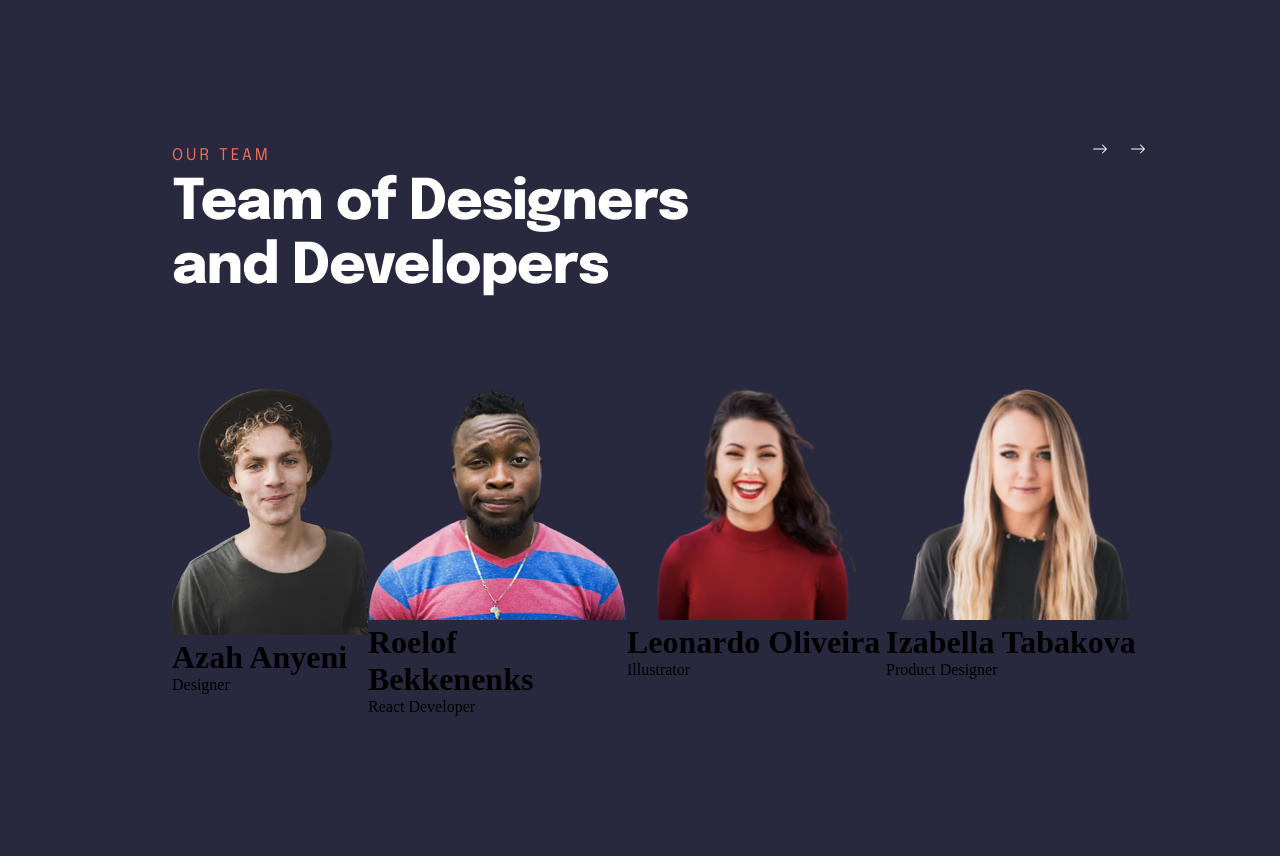
Repository: AytacJafarova/web-site
Page: index.html
The author's editor kept a copy of each file at every save. The page is drawn from the files as they stood at one save, then again after the next save.
The browser window is 1280 px wide. The pictures show the whole page.

Above is the page before, as saved 2023-08-15 14:44:57.

### index.html
<!DOCTYPE html>
<html lang="en">

<head>
    <meta charset="UTF-8">
    <meta name="viewport" content="width=device-width, initial-scale=1.0">
    <title>Document</title>
    <link rel="stylesheet" href="/index.css">
</head>

<body>
    <div class="container">
        <div class="our-team">
            <div class="team-texts">
                <h1>Our Team</h1>
                <h2>Team of Designers <br>and Developers</h2>
            </div>
            <div class="team-images">
                <div class="right">
                    <img src="/team images/Path.svg" alt="">
                    <img src="/team images/Path (1).svg" alt="">
                </div>
            </div>
        </div>
        <div class="developers">
            <ul>
                <li>
                    <div class="img1">
                        <div class="border">
                            <img src="./team images/Bitmap.svg" alt="">
                        </div>
                    </div>
                    <div class="texts">
                        <h1>Azah Anyeni </h1>
                        <p>Designer</p>
                    </div>
                </li>
                <li>

                        <div class="border">
                            <img src="./team images/Bitmap (1).svg" alt="">
                        </div>
                        <div class="texts">
                            <h1>Roelof Bekkenenks</h1>
                            <p>React Developer</p>

                </li>
                <li>

                        <div class="border">
                            <img src="./team images/Bitmap (2).svg" alt="">
                        </div>

                    <div class="texts">
                        <h1>Leonardo Oliveira </h1>
                        <p>Illustrator</p>
                    </div>
                </li>
                <li>

                        <div class="border">
                            <img src="./team images/Bitmap (3).svg" alt="">
                        </div>

                    <div class="texts">
                        <h1>Izabella Tabakova</h1>
                        <p>Product Designer</p>
                    </div>
                </li>
            </ul>
        </div>
    </div>
</body>

</html>

### index.css
@import url("https://fonts.googleapis.com/css2?family=Epilogue:wght@400;800&display=swap");
* {
  margin: 0;
  padding: 0;
  box-sizing: border-box;
}
.container {
  padding: 140px 135px 140px 172px;
  background: #28293e;
}
.our-team {
  display: flex;
  justify-content: space-between;
}
.our-team .team-texts h1 {
  color: var(--text-light-accent, #ef6d58);
  font-feature-settings: "clig" off, "liga" off;
  font-family: Epilogue;
  font-size: 16px;
  font-style: normal;
  font-weight: 400;
  line-height: 32px;
  letter-spacing: 3px;
  text-transform: uppercase;
}
.our-team .team-texts h2 {
  color: var(--text-light, #fff);
  font-feature-settings: "clig" off, "liga" off;
  font-family: Epilogue;
  font-size: 56px;
  font-style: normal;
  font-weight: 800;
  line-height: 64px;
  letter-spacing: -1px;
}
.team-images .right img {
  margin-left: 20px;
}
.developers {
  margin-top: 88px;
}
.developers ul {
  display: flex;
  justify-content: space-between;
}
.developers ul li {
  list-style-type: none;
}
.developers ul li:first-child img {
  width: 196px;
  height: 247px;
}

.developers ul li img {
  width: 259px;
  height: 232px;

}
.developers ul li .img2 .border {
  /* padding: 40px 40px 0 40px; */
  width: 270px;
  height: 272px;
  border-radius: 6px;
  border: 1px solid #3a3c56;
}
.developers ul li .img3 img {
  width: 205px;
  height: 238px;

}

.developers ul li .img4 img {
  width: 230px;
  height: 233px;
  flex-shrink: 0;
}

After the next save:
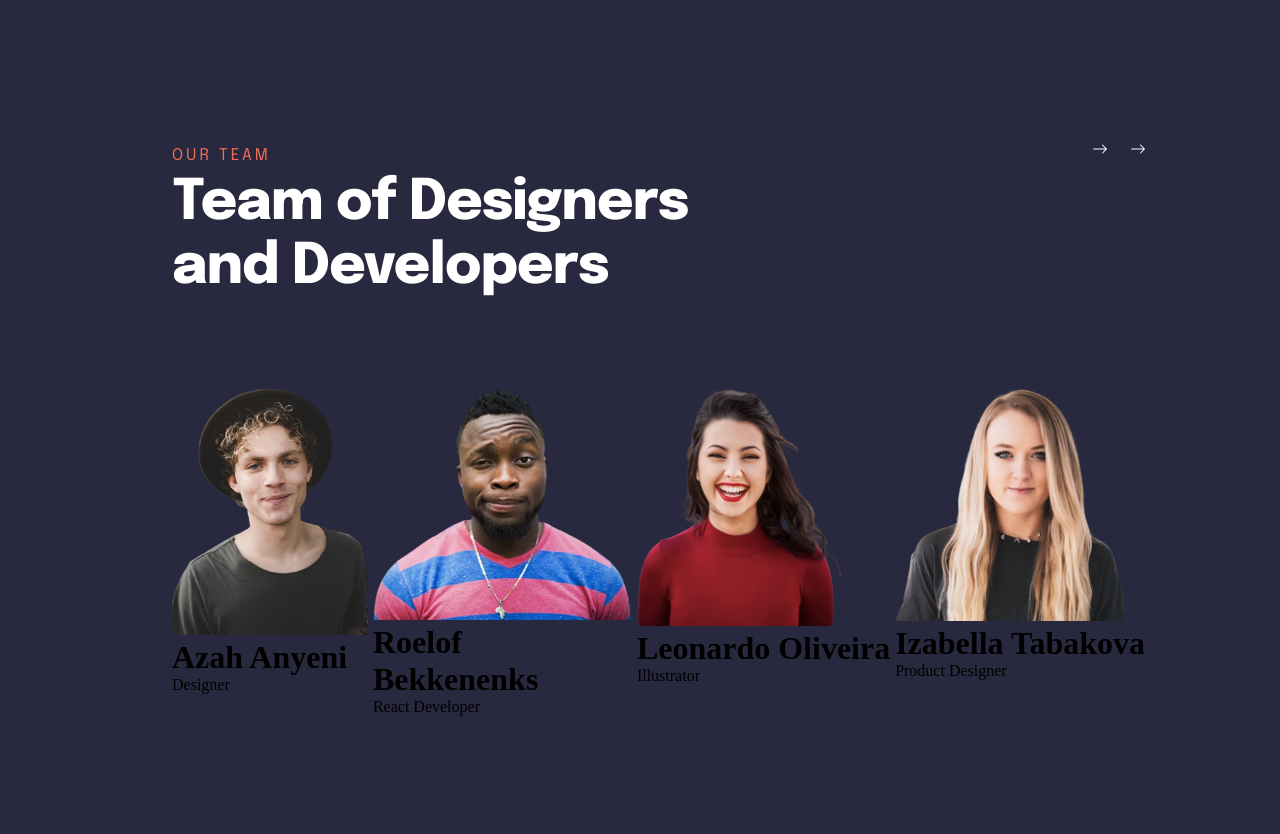
Saved 6 s later.
--- a/index.css
+++ b/index.css
@@ -51,7 +51,7 @@
   height: 247px;
 }
 
-.developers ul li img {
+.developers ul li:nth-child(2) {
   width: 259px;
   height: 232px;
 
